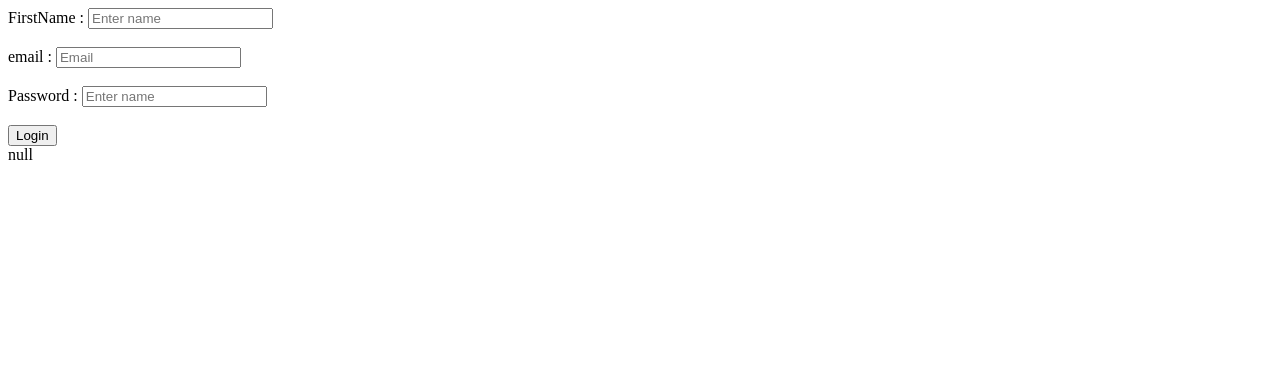
Repository: yogendra-dashore/java-ism
Page: http://localhost/23-ism-jee/Registration.jsp
The author's editor kept a copy of each file at every save. The page is drawn from the files as they stood at one save, then again after the next save.
The browser window is 1280 px wide. The pictures show the whole page.
The page is served by Tomcat 9. Other server files are loaded and not shown.

Above is the page before, as saved 2023-04-01 10:01:04.

### 23-ism-jee/src/main/webapp/Registration.jsp
<%@ page language="java" contentType="text/html; charset=UTF-8"
    pageEncoding="UTF-8"%>
<!DOCTYPE html>
<html>
<head>
<meta charset="UTF-8">
<title>Insert title here</title>
</head>
<body>

	<%
		String error = (String)request.getAttribute("error");
	%>

<form action="Registration" method="post">
FirstName : <input text="text" name="firstName" placeholder="Enter name"> <br><br>
email : <input text="text" name="email" placeholder="Email"> <br><br>
Password : <input text="password" name="password" placeholder="Enter name">
<br><br>
<input type="submit" value="Login">
</form>
<%=error%>

</body>
</html>

After the next save:
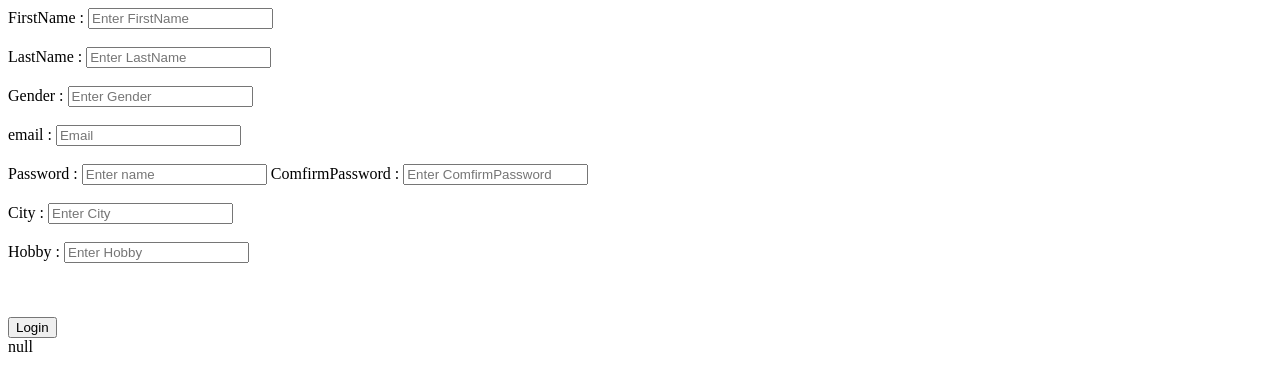
Saved 8 min 42 s later.
--- a/23-ism-jee/src/main/webapp/Registration.jsp
+++ b/23-ism-jee/src/main/webapp/Registration.jsp
@@ -13,9 +13,15 @@
 	%>
 
 <form action="Registration" method="post">
-FirstName : <input text="text" name="firstName" placeholder="Enter name"> <br><br>
+FirstName : <input text="text" name="FirstName" placeholder="Enter FirstName"> <br><br>
+LastName : <input text="text" name="LastName" placeholder="Enter LastName"> <br><br>
+Gender : <input text="text" name="Gender" placeholder="Enter Gender"> <br><br>
 email : <input text="text" name="email" placeholder="Email"> <br><br>
 Password : <input text="password" name="password" placeholder="Enter name">
+ComfirmPassword : <input text="text" name="ComfirmPassword" placeholder="Enter ComfirmPassword"> <br><br>
+City : <input text="text" name="City" placeholder="Enter City"> <br><br>
+Hobby : <input text="text" name="Hobby" placeholder="Enter Hobby"> <br><br>
+
 <br><br>
 <input type="submit" value="Login">
 </form>
